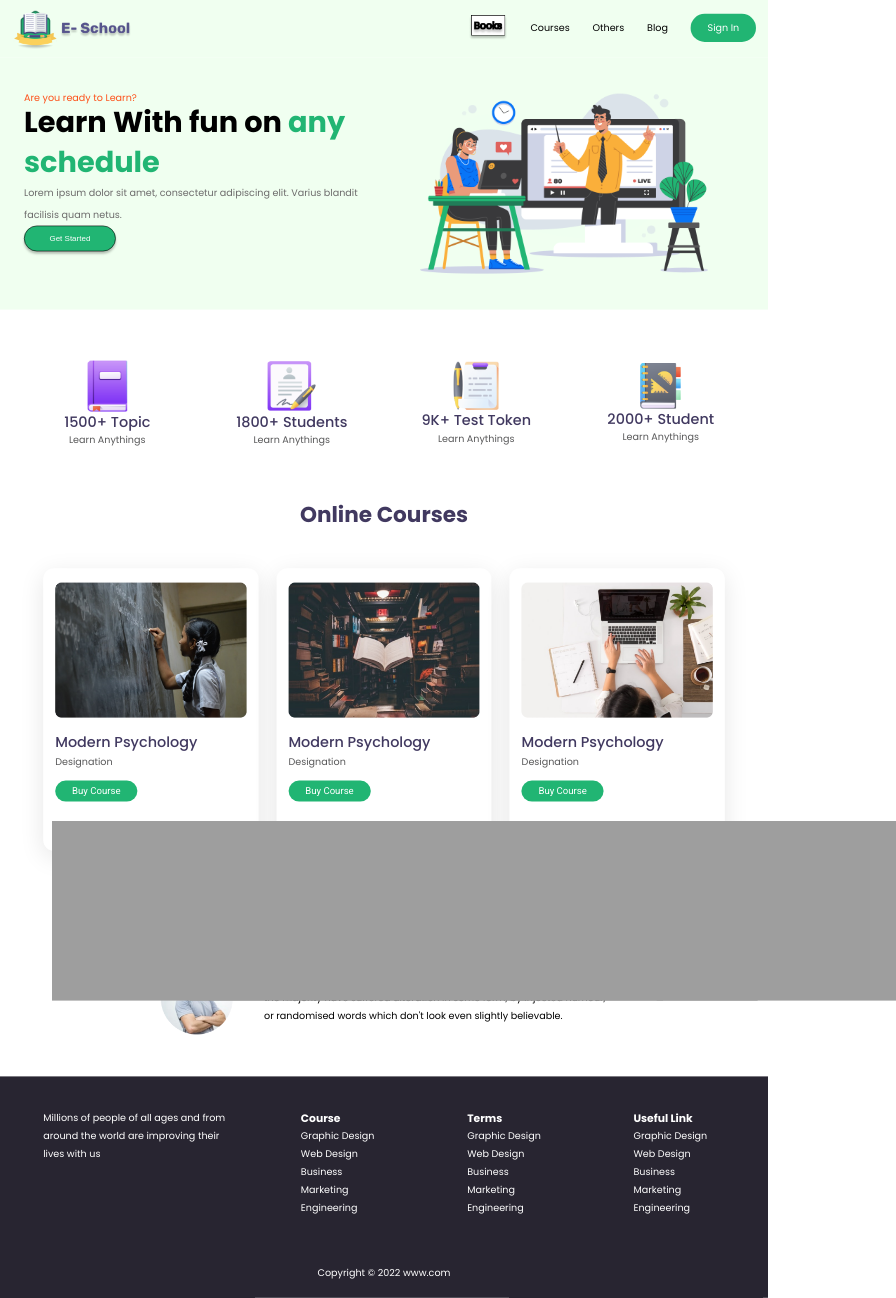
Repository: bijaythakur-code/E-school
Page: index.html
These files come from the project's save history. The page is drawn as it stood at one moment and after the next save; the edit follows.
The browser window is 1280 px wide. The page is 1494 px wide, so the pictures cover 1494 px, including what lies to the right of the window. The pictures show the whole page, at 60% of full size.
Pictures or frames that could not be fetched are drawn as grey boxes.

Above is the page before, as saved 2022-05-28 15:29:42.

After the next save:
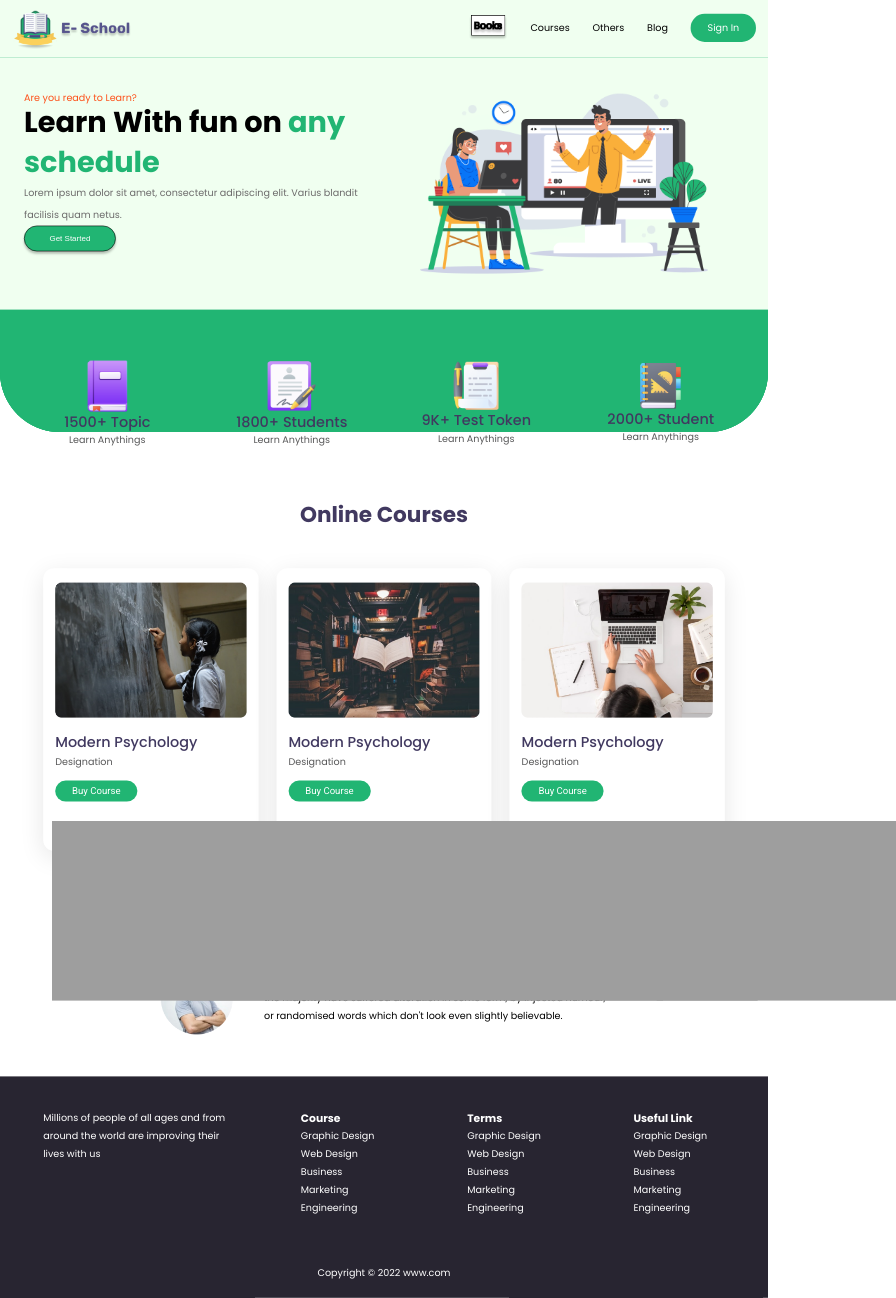
Saved 88 s later.
--- a/css/style.css
+++ b/css/style.css
@@ -371,7 +371,8 @@
   left: 0;
   width: 100%;
   height: 100%;
-  background-color: white;
+  /* background-color: white; */
+  background-color: #21b573;
   border-radius: 100px;
   transition: all 0.4s;
   z-index: -1;

After the save that followed:
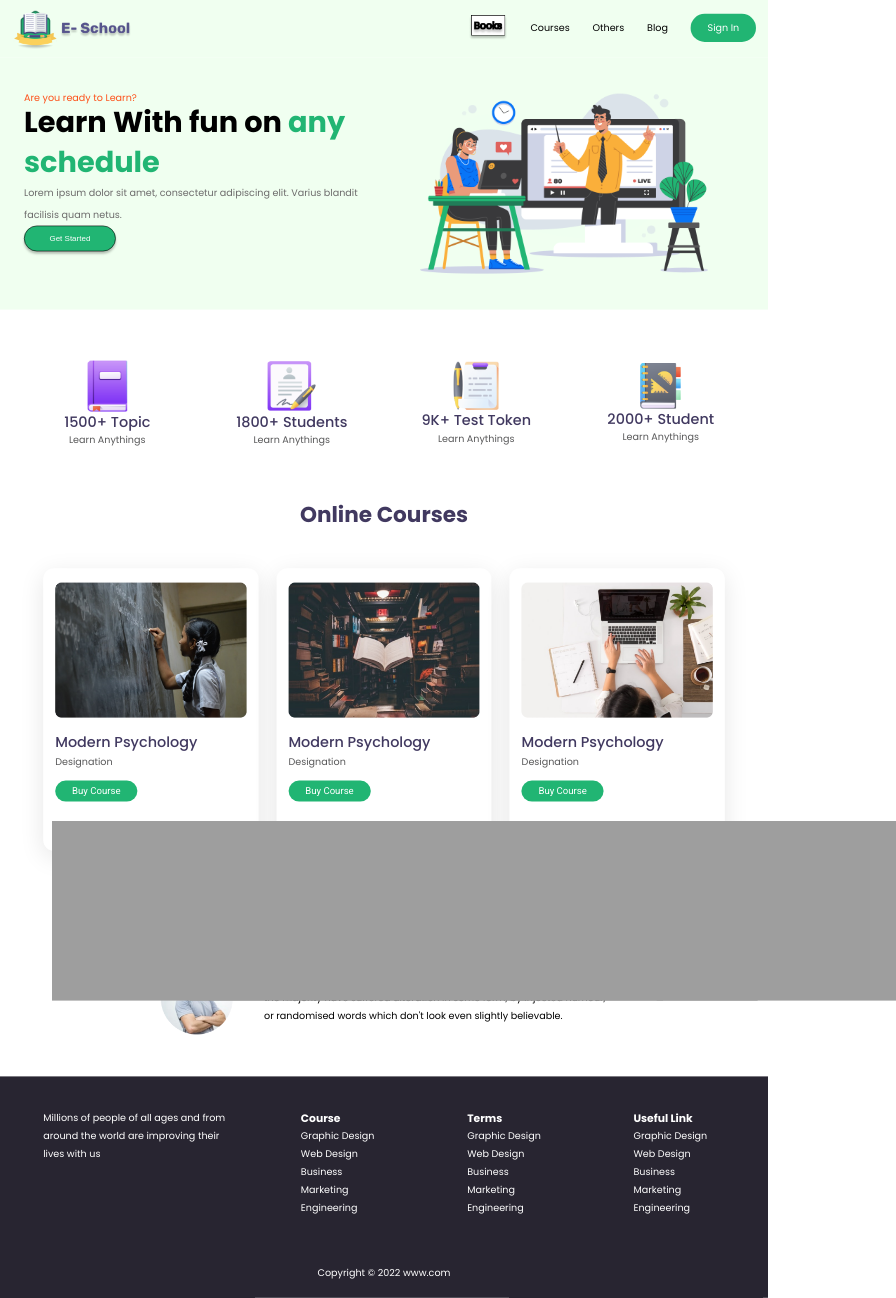
Saved 99 s later.
--- a/css/style.css
+++ b/css/style.css
@@ -361,34 +361,3 @@
 }
 
 /* My takes */
-
-/* button hover effect */
-
-.cmn-btn:before {
-  content: '';
-  position: absolute;
-  top: 0;
-  left: 0;
-  width: 100%;
-  height: 100%;
-  /* background-color: white; */
-  background-color: #21b573;
-  border-radius: 100px;
-  transition: all 0.4s;
-  z-index: -1;
-}
-
-.cmn-btn:hover:before {
-  transform: scaleX(1.4) scaleY(1.6);
-  opacity: 0;
-}
-
-.cmn-btn:hover {
-  transform: translateY(-3px);
-  box-shadow: 0 10px 20px rgba(0, 0, 0, 0.2);
-}
-
-.cmn-btn:active {
-  transform: translateY(-1px);
-  box-shadow: 0 5px 10px rgba(0, 0, 0, 0.2);
-}
